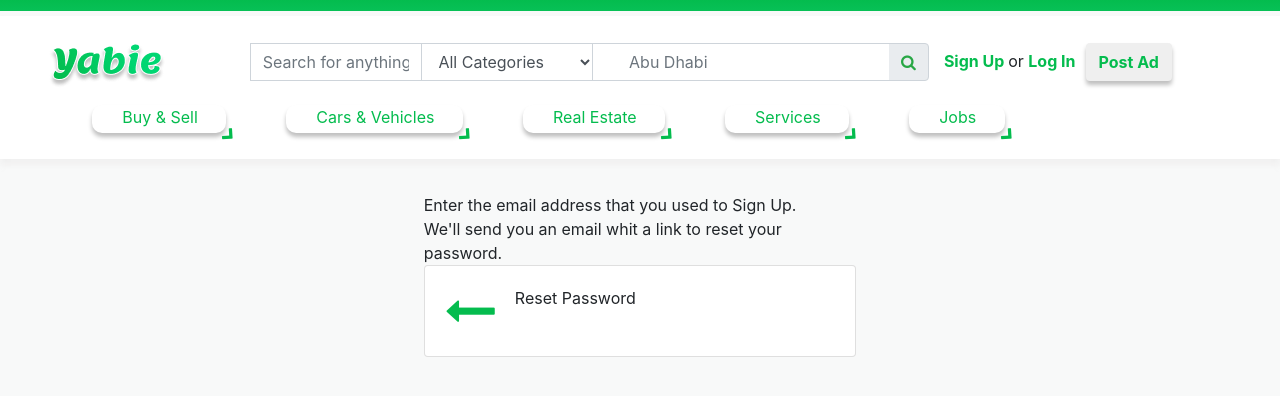
Repository: muazzamkha95/yabie
Page: forgot-password.html
An editor plug-in stored every save of this project. The page is shown before and after a run of saves, followed by the edit.
The browser window is 1280 px wide. The pictures show the whole page.

Above is the page before, as saved 2020-07-09 15:57:46.
Console error: TypeError: Cannot read properties of undefined (reading 'fn')

### forgot-password.html
<!DOCTYPE html>
<html lang="en">
<head>
    <meta charset="UTF-8">
    <meta name="viewport" content="width=device-width, initial-scale=1.0">
    <title>SignUp Page</title>

    <link rel="stylesheet" href="https://maxcdn.bootstrapcdn.com/bootstrap/4.0.0/css/bootstrap.min.css" integrity="sha384-Gn5384xqQ1aoWXA+058RXPxPg6fy4IWvTNh0E263XmFcJlSAwiGgFAW/dAiS6JXm" crossorigin="anonymous">
    <link rel="stylesheet" href="https://stackpath.bootstrapcdn.com/font-awesome/4.7.0/css/font-awesome.min.css" integrity="sha384-wvfXpqpZZVQGK6TAh5PVlGOfQNHSoD2xbE+QkPxCAFlNEevoEH3Sl0sibVcOQVnN" crossorigin="anonymous">
    <link href="css/main.css"  rel="stylesheet"></link>


</head>
<body>
        <div class="topBar"></div>
        <nav class="navbar">
            <div class="maincontainer">
                <div class="row">
                        <div class="col-md-2">
                            <img src="images/YabieLogo.png" alt="Yabie Logo" class="logo"/>
                        </div>
                        <div class="col-md-7">
                            <form class="form-inline" action="#">
                                <div class="input-group">
                                    <input type="text" class="form-control" placeholder="Search for anything" required>
                                    <select class="form-control border-right-0" required>
                                        <option>All Categories</option>
                                        <option value="a">A</option>
                                        <option value="b">B</option>
                                    </select>
                                    <div class="input-group">
                                        <div class="input-group-append">
                                            <span class="input-group-text bg-white text-success border-right-0"><i class="fa fa-map-marker-alt"></i></span>
                                        </div>
                                        <input type="text" class="form-control border-left-0 border-right-0" placeholder="Abu Dhabi" required>
                                        <div class="input-group-append">
                                            <button type="submit" class="input-group-text"><i class="fa fa-search text-success"></i></button>
                                        </div>
                                    </div>
                                </div>
                            </form>
                        </div>
                        <div class="col-md-3" >
                            <div class="row text-center">
                                <span style="padding-top: 6px;">
                                    <span class="btext"> Sign Up </span>  or <span class="btext">Log In</span>
                                </span>

                                <button class="btn btn-default btext pull-right boxshadow" style="margin-left: 10px;">Post Ad</button>
                            </div>
                        </div>

                </div>
                <div class="row mt-3" >
                    <span class="categoryTab">Buy & Sell <i class="keyboard_arrow_down_24px_rounded fa fa-chevron-right "></i></span>
                    <span class="categoryTab">Cars & Vehicles  <i class="keyboard_arrow_down_24px_rounded fa fa-chevron-right "></i></span>
                    <span class="categoryTab">Real Estate <i class="keyboard_arrow_down_24px_rounded fa fa-chevron-right "></i></span>
                    <span class="categoryTab">Services <i class="keyboard_arrow_down_24px_rounded fa fa-chevron-right "></i></span>
                    <span class="categoryTab">Jobs <i class="keyboard_arrow_down_24px_rounded fa fa-chevron-right "></i></span>
                </div>
            </div>
        </nav>

        <main  role="main" class="mainSection">
            <div class="container d-flex justify-content-center" >
                    <div class="col-md-5">
                        Enter the email address that you used to Sign Up.<br> We'll send you an email whit a link to reset your password.
                        <div class="card" style="padding: 20px;">
                            <div class="row">
                                <div class="col-md-2">
                                    <i class="fa fa-long-arrow-left back-arr"></i>
                                </div>
                                <div class="col-md-10">
                                    Reset Password
                                </div>
                            </div>
                        </div>
                    </div>

            </div>

        </main>


</body>
<script src="https://maxcdn.bootstrapcdn.com/bootstrap/4.0.0/js/bootstrap.min.js" integrity="sha384-JZR6Spejh4U02d8jOt6vLEHfe/JQGiRRSQQxSfFWpi1MquVdAyjUar5+76PVCmYl" crossorigin="anonymous"></script>
<script src="js/main.js" type="text/javascript"></script>
</html>

### css/main.css
/* Body */
*{
    padding: 0;
    margin: 0;
}
body{
    background: #F8F9F9;

}
a{
    color: #04BC4E;
    text-decoration: none;
    font-weight: bold;
}
a:hover{
    color: ;
}

/* Main navbar css */

.topBar{

    position: absolute;
    width: 100%;
    height: 11px;
    left: 0px;
    top: 0px;

    background: linear-gradient(180deg, #04BC4E 0%, #15D57B 537.5%);
}


nav{
    position: absolute;
    width: 100%;
    height: 143px;
    left: 0px;
    top: 16px;
    background: #FFFFFF;
    box-shadow: 0px 6px 6px rgba(219, 214, 214, 0.25);
    padding-top: 20px;
}

.maincontainer{
    width: 95%;
    margin-left:auto;
    margin-right: auto;
}

.logo{
    height: 100;
}
.btext{
    font-weight: bold;
    color: #04BC4E;
}
.light-text{
    color:lightgray;
}
.light-note-text{
    font-size: 12px;
    color:lightgray;
}

.boxshadow{
    box-shadow: 0px 4px 4px rgba(0, 0, 0, 0.25);
}

.categoryTab{
    display: inline;
    box-shadow: 0px 4px 4px rgba(0, 0, 0, 0.25);
    background-color: #FFFFFF;
    color: #04BC4E;
    border-radius: 10px;
    margin-left: 60px;
    padding-left: 30px;


}
.keyboard_arrow_down_24px_rounded{
    position: relative;
    width: 24px;
    height: 24px;
    left:17px;
    top: 22px;
    transform: rotate(41.5deg);

}

/* Main section  */

.mainSection{
    width: 90%;
    margin-left: auto;
    margin-right: auto;
    margin-top: 50px;



}


.sectionTitle{

    font-family:sans-serif;
    font-style: normal;
    font-weight: 500;
    font-size: 24px;
    line-height: 29px;

    color: #3E4153;
}
.sectionSeeAll{
    color: #04BC4E;
    margin-right: 20px;
}
/* Ad card  */

.adcard{
    background: #FFFFFF;
    padding: 10px;
    margin-right: 21.85px;
    width: 177px;
}
.adTitle{
    font-family: sans-serif;
    font-style: normal;
    font-weight: bold;
    font-size: 16px;
    line-height: 19px;
    color: #000000;
    margin-top: 20px;
}
.adPrice{
    position: relative;
    width: 81px;
    height: 33px;
    left: -160px;
    top: 60px;
    padding: 5px;

    background: #4F4A4A;
    mix-blend-mode: hard-light;
    border-radius: 0px 10px 10px 0px;
    z-index: 999;
}

/* Login Page */

.mainSectionLogin{

    height: 100vh;
    background: linear-gradient(257.12deg, #04BC4E 56.95%, #15D57B 84.28%);
}
.login-btn{
    width: 100%;
    background-color:  #04BC4E;
    color: white;
    font-weight: bold;
}

input{
    border-radius: 0 !important;
    /* margin: 40px 0px 40px 0px; */
}

/* Email Confirmation Page */
.confirm-head{
    background: linear-gradient(180deg, #04BC4E 15.92%, #15D57B 113.67%);
    height: 87px;
}
.confirm-body{
    background:#FFFFFF;
    height: 60vh;
    padding: 50px 20px 50px 20px;
}

.confirm-head > h2{
    color: white;
    padding-top: 20px;
}

.back-arr{
    font-size: 50px;
    color:#04BC4E;
}

Loaded but not shown: js/main.js (no stored copy; drawn as an empty file)

After the next 3 saves:
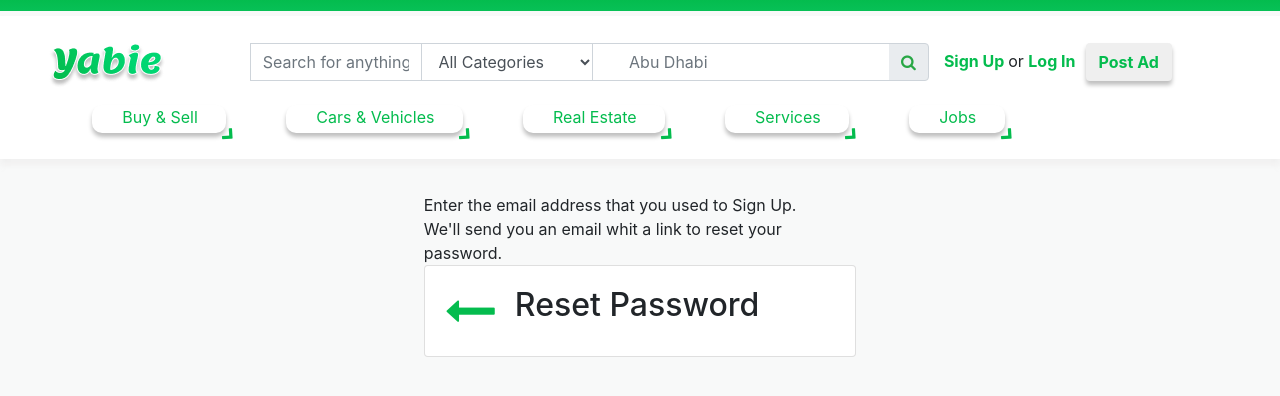
The 3 saves are shown as one change because they came seconds apart.
The last was saved 14 s later.
--- a/forgot-password.html
+++ b/forgot-password.html
@@ -71,7 +71,7 @@
                                     <i class="fa fa-long-arrow-left back-arr"></i>
                                 </div>
                                 <div class="col-md-10">
-                                    Reset Password
+                                    <h2>Reset Password</h2>
                                 </div>
                             </div>
                         </div>
